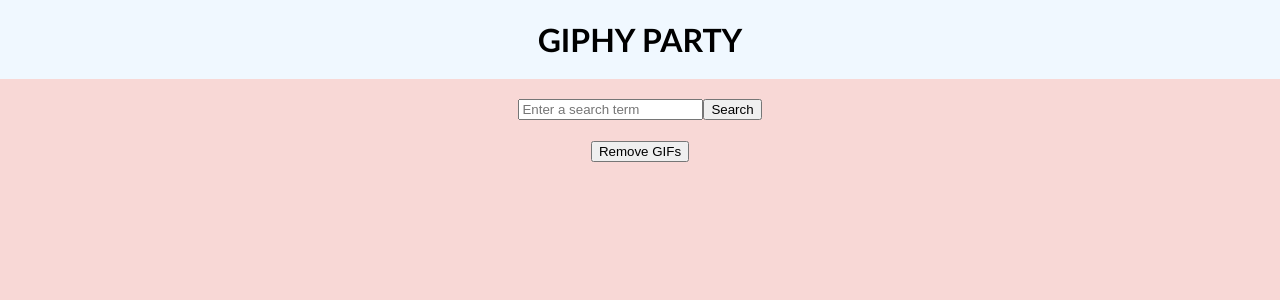
Repository: rmdayberry/AJAX-Giphy-Party
Page: index.html
An editor plug-in stored every save of this project. The page is shown before and after the next save, followed by the edit.
The browser window is 1280 px wide. The pictures show the whole page.
Some web libraries are served in a nearby version.

Above is the page before, as saved 2024-08-06 13:08:33.

### index.html
<!DOCTYPE html>
<html lang="en">
  <head>
    <meta charset="UTF-8" />
    <title>Giphy Party!</title>
    <link rel="stylesheet" href="style.css" />
  </head>

  <body>
    <h1>GIPHY PARTY</h1>
    <form id="gifForm">
      <input type="text" id="searchTerm" placeholder="Enter a search term" />
      <button type="submit">Search</button>
    </form>
    <div id="gifContainer"></div>

    <button id="removeAllBtn">Remove GIFs</button>
    <script src="https://code.jquery.com/jquery-3.2.1.js"></script>
    <script src="https://unpkg.com/axios/dist/axios.js"></script>
    <script src="app.js"></script>
  </body>
</html>

### style.css
body {
  font-family: "Trebuchet MS", "Lucida Sans Unicode", "Lucida Grande",
    "Lucida Sans", Arial, sans-serif;
  background-color: rgb(248, 216, 214);
  text-align: center;
  margin: 0;
  padding: 0;
}

h1 {
  background-color: aliceblue;
  color: black;
  padding: 20px 0;
  margin: 0;
}
form {
  margin: 20px; auto;
  display: flex;
  justify-content: center;
}

### app.js
console.log("Let's get this party started!");
//handle form submissions and AJAX requests
document
  .getElementById("gifForm")
  .addEventListener("submit", async function (e) {
    e.preventDefault();

    const searchTerm = document.getElementById("searchTerm").value;
    const apiKey = "MhAodEJIJxQMxW9XqxKjyXfNYdLoOIym";
    const url = `http://api.giphy.com/v1/gifs/search?q=${searchTerm}&api_key=${apiKey}`;

    try {
      const response = await axios.get(url);
      console.log(response.data);
      //append gifs to page
      const gifUrl = response.data.data[0].images.fixed_height.url; //get first gif url
      const img = document.createElement("img");
      img.src = gifUrl;
      document.getElementById("gifContainer").appendChild(img);
    } catch (error) {
      console.log("Error finding GIF:", error);
    }
  });

//add eventListener to remove GIFs button
document.getElementById("removeAllBtn").addEventListener("click", function () {
  const gifContainer = document.getElementById("gifContainer");
  while (gifContainer.firstChild) {
    gifContainer.removeChild(gifContainer.firstChild);
  }
});

After the next save:
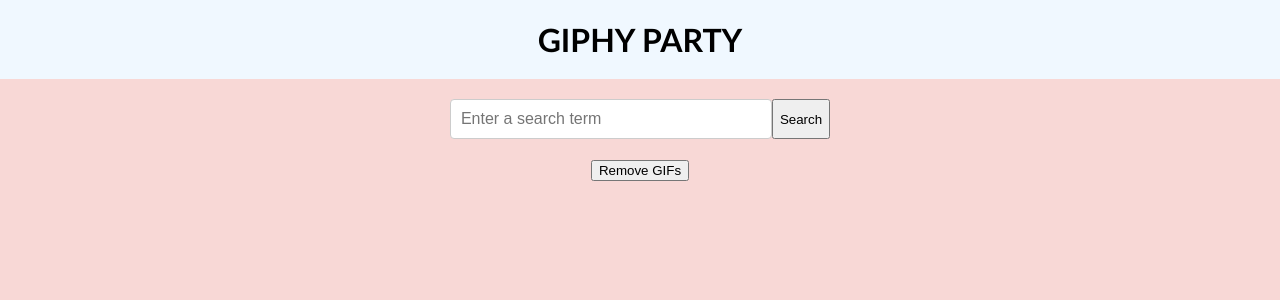
Saved 3 min 27 s later.
--- a/style.css
+++ b/style.css
@@ -18,3 +18,10 @@
   display: flex;
   justify-content: center;
 }
+input[type="text"]{
+  padding: 10px;
+  font-size: 16px;
+  border:1px solid #ccc;
+  border-radius:4px;
+  width:300px;
+}
